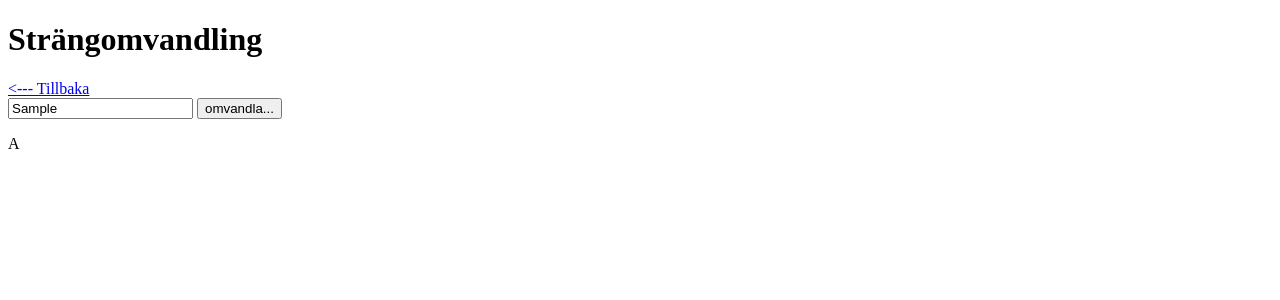
Repository: mi222ep/1dv403-laborationer
Page: 1-vandalen/strings/index.html
The author's editor kept a record of every edit. The page is drawn from the files as they stood at one moment, then again after the next edit.
The browser window is 1280 px wide. The pictures show the whole page.
Empty fields were first filled with sample values (such as "Sample", 5 or name@example.com).
After loading, the first visible `#send` was clicked once.

Above is the page before.

### 1-vandalen/strings/index.html
<!DOCTYPE html>
<html lang="sv">
<head>
	<meta charset="UTF-8" />
 	<title>JavaScript - Strängar</title>
 	<style>
 		.error {
 			background-color: #F7A1A1;
 		}
 	</style>
</head>
    <body>
        <h1>Strängomvandling</h1>
        <a href="../index.html">&lt;--- Tillbaka</a>
 		<form>
 			<input type="text" id="string" /> <input id="send" type="submit" value="omvandla..." />
 			<p id="value"></p>
		</form>
    	  <script src="script.js"></script>

    </body>
</html>

### 1-vandalen/strings/script.js
"use strict";

window.onload = function(){

	// I denna funktion ska du skriva koden för att hantera "spelet"
	var convertString = function(str){

		var checkUppLow= str.split('');

		for (var i = 0; i < checkUppLow.length; i++) {

			var character = checkUppLow[i];

			if(character == character.toUpperCase()){

				character = character.toLowerCase();
			}
			else{
				return character.toUpperCase();
			}
       }

       var changedCase = checkUppLow.join('');

		var res = changedCase.replace(/a/gi, "#");
		return res;


		//Gör alla uppercase till lowercase och tvärtom
		//Loopa igenom strängen och byt ut respektive upper case och lower case
		// Vid fel, kasta ett undantag med ett meddelande till användaren.
	};
	// ------------------------------------------------------------------------------


	// Kod för att hantera utskrift och inmatning. Denna ska du inte behöva förändra
	var p = document.querySelector("#value"); // Referens till DOM-noden med id="#value"
	var input = document.querySelector("#string");
	var submit = document.querySelector("#send");

	// Vi kopplar en eventhanterare till formulärets skickaknapp som kör en anonym funktion.
	submit.addEventListener("click", function(e){
		e.preventDefault(); // Hindra formuläret från att skickas till servern. Vi hanterar allt på klienten.

		p.classList.remove( "error");

		try {
			var answer = convertString(input.value) // Läser in texten från textrutan och skickar till funktionen "convertString"
			p.innerHTML = answer;		// Skriver ut texten från arrayen som skapats i funktionen.
		} catch (error){
			p.classList.add( "error"); // Växla CSS-klass, IE10+
			p.innerHTML = error.message;
		}

	});



};

After the next edit:
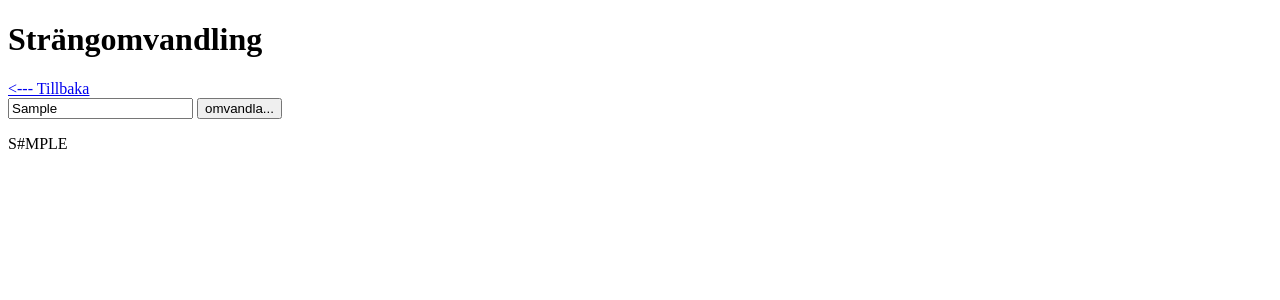
The edit:
--- a/1-vandalen/strings/script.js
+++ b/1-vandalen/strings/script.js
@@ -16,7 +16,7 @@
 				character = character.toLowerCase();
 			}
 			else{
-				return character.toUpperCase();
+				checkUppLow[i] = character.toUpperCase();
 			}
        }
 
